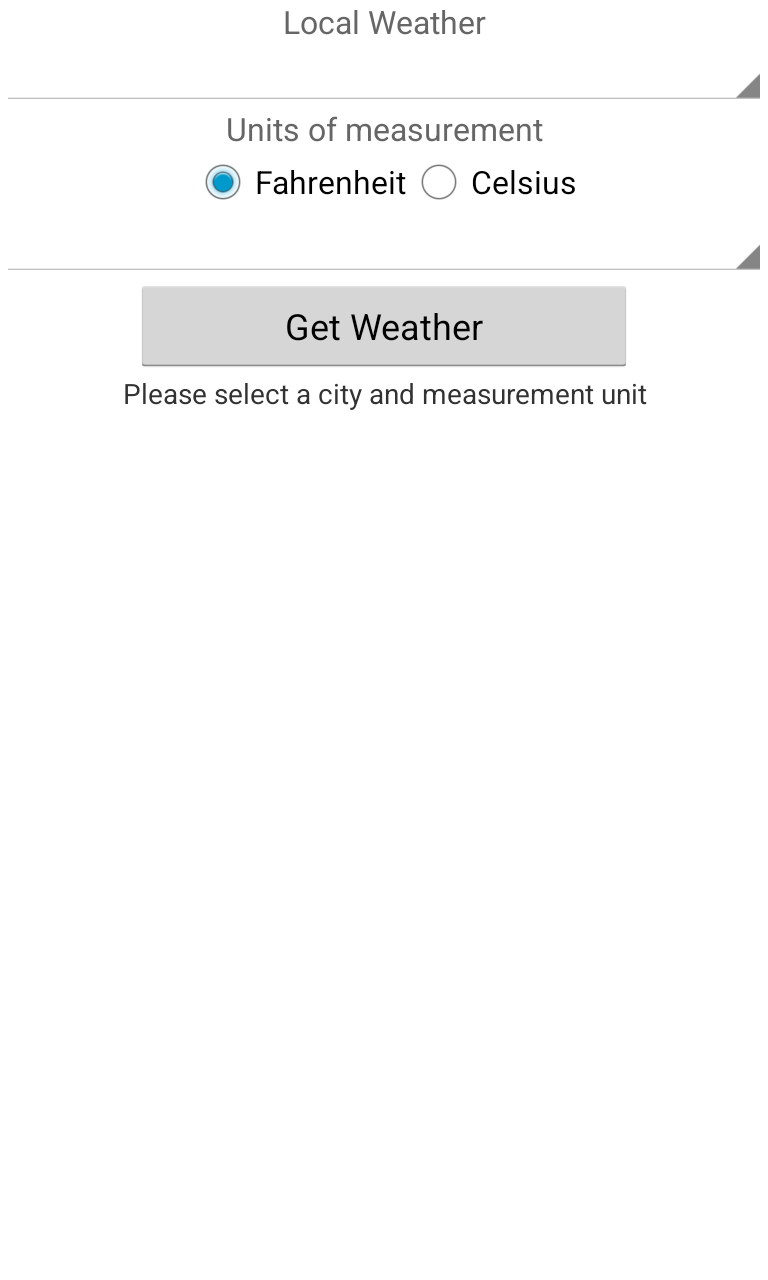
Repository: efreestone/Java1
Layout: Java1Project4/res/layout/activity_main.xml
The author's editor kept a copy of each file at every save. The layout is drawn from the files as they stood at one save, then again after the next save.
It is drawn on a 768 x 1280 px phone screen (xhdpi) without system bars, with theme AppTheme; the app's code is not run.

Above is the layout before, as saved 2014-03-26 00:51:51.

### Java1Project4/res/layout/activity_main.xml
<?xml version="1.0" encoding="utf-8"?>
<LinearLayout xmlns:android="http://schemas.android.com/apk/res/android"
    android:layout_width="match_parent"
    android:layout_height="match_parent"
    android:orientation="vertical" >

    <!-- Top Linear Layout with controls -->
    <!-- <LinearLayout
        android:layout_width="match_parent"
        android:layout_height="wrap_content"
        android:orientation="horizontal"> -->

        <!-- Title -->
        <TextView
            android:layout_width="match_parent"
            android:layout_height="wrap_content"
            android:gravity="center"
            android:text="@string/titleString"
            style="@style/labelStyle"/>

        <!-- City Spinner -->
        <Spinner
            android:id="@+id/citySpinner"
            android:layout_width="match_parent"
            android:layout_height="wrap_content"/>

        <!-- Measurement Title -->
        <TextView
            android:layout_width="match_parent"
            android:layout_height="wrap_content"
            android:gravity="center"
            android:text="@string/measureTitleString"
            style="@style/labelStyle"/>

        <!-- Measurement Radio Buttons -->
        <RadioGroup
            android:id="@+id/tempUnitRadioGroup"
            android:layout_width="wrap_content"
            android:layout_height="wrap_content"
            android:layout_gravity="center"
            android:orientation="horizontal" >

            <RadioButton
                android:id="@+id/fahrenheitRadio"
                android:layout_width="match_parent"
                android:layout_height="wrap_content"
                android:text="@string/fahrenheitString"
                android:checked="true"/>

            <RadioButton
                android:id="@+id/celsiusRadio"
                android:layout_width="match_parent"
                android:layout_height="wrap_content"
                android:text="@string/celsiusString"/>
        </RadioGroup>

        <!-- Current Spinner -->
        <Spinner
            android:id="@+id/currentSpinner"
            android:layout_width="match_parent"
            android:layout_height="wrap_content"
            android:dropDownVerticalOffset="-45dp"
            android:popupBackground="@android:color/darker_gray"/>

        <!-- Get Weather Button -->
        <Button
            android:id="@+id/weatherButton"
            android:layout_width="wrap_content"
            android:layout_height="wrap_content"
            android:layout_gravity="center"
            android:width="250dp"
            android:text="@string/weatherButtonString"/>

	<!-- </LinearLayout> -->

	<!-- Bottom Gridlayout for temp display -->
	<GridLayout
	    android:id="@+id/tempGrid"
	    android:layout_width="match_parent"
	    android:layout_height="wrap_content"
	    android:columnCount="2">

        <!-- Display Temp -->
        <TextView
            android:id="@+id/displayTempView"
            android:layout_width="match_parent"
            android:layout_height="wrap_content"
            android:gravity="center"
            android:text="@string/displayTempString"/>

	</GridLayout>


</LinearLayout>

### Java1Project4/res/values-v14/styles.xml
<resources xmlns:android="http://schemas.android.com/apk/res/android">

    <!--
        Base application theme for API 14+. This theme completely replaces
        AppBaseTheme from BOTH res/values/styles.xml and
        res/values-v11/styles.xml on API 14+ devices.
    -->
    <style name="AppBaseTheme" parent="android:Theme.Holo.Light.DarkActionBar"/>

        <!-- Labels -->
        <style name="labelStyle">
            <item name="android:textStyle">normal</item>
            <item name="android:textColor">#666666</item>
            <item name="android:textSize">16sp</item>
        </style>


</resources>

### Java1Project4/res/values/strings.xml
<?xml version="1.0" encoding="utf-8"?>
<resources>

    <string name="app_name">Java1Project4</string>
    <string name="action_settings">Settings</string>
    <string name="hello_world">Hello world!</string>

    <!-- Title and button strings -->
    <string name="titleString">Local Weather</string>
    <string name="measureTitleString">Units of measurement</string>
    <string name="weatherButtonString">Get Weather</string>
    <string name="displayTempString">Please select a city and measurement unit</string>

    <!-- Connection Alert strings -->
    <string name="noConnectionTitle">Connection Error</string>
    <string name="noConnectionAlert">This application requires internet access. Please check your network connection and try again.</string>

    <!-- Main URL strings -->
    <string name="mainURLString">http://api.wunderground.com/api/8204b5c9bf753afb/</string>
    <string name="conditionsURLString">conditions/q/</string>
    <string name="forecastURLString">forecast/q/</string>
    <!-- City URL strings -->
    <string name="lovelandString">CO/Loveland.json</string>
    <string name="losAngelesString">CA/Los_Angeles.json</string>
    <string name="newYorkString">NY/New_York.json</string>
    <string name="chicagoString">IL/Chicago.json</string>
    <string name="orlandoString">FL/Orlando.json</string>

    <!-- Radio Button Text -->
    <string name="fahrenheitString">Fahrenheit</string>
    <string name="celsiusString">Celsius</string>

    <!-- Cities array for first spinner -->
    <string-array name="cities_array">
        <item >Loveland</item>
        <item >Los Angeles</item>
        <item >New York</item>
        <item >Chicago</item>
        <item >Orlando</item>
    </string-array>

    <!-- Array for second spinner -->
    <string-array name="current_forecast">
        <item >Current Weather</item>
        <item >3-day Forecast</item>
    </string-array>

</resources>

Loaded but not shown: Java1Project4/res/values/styles.xml (common file); Java1Project4/res/values-v11/styles.xml (common file)

After the next save:
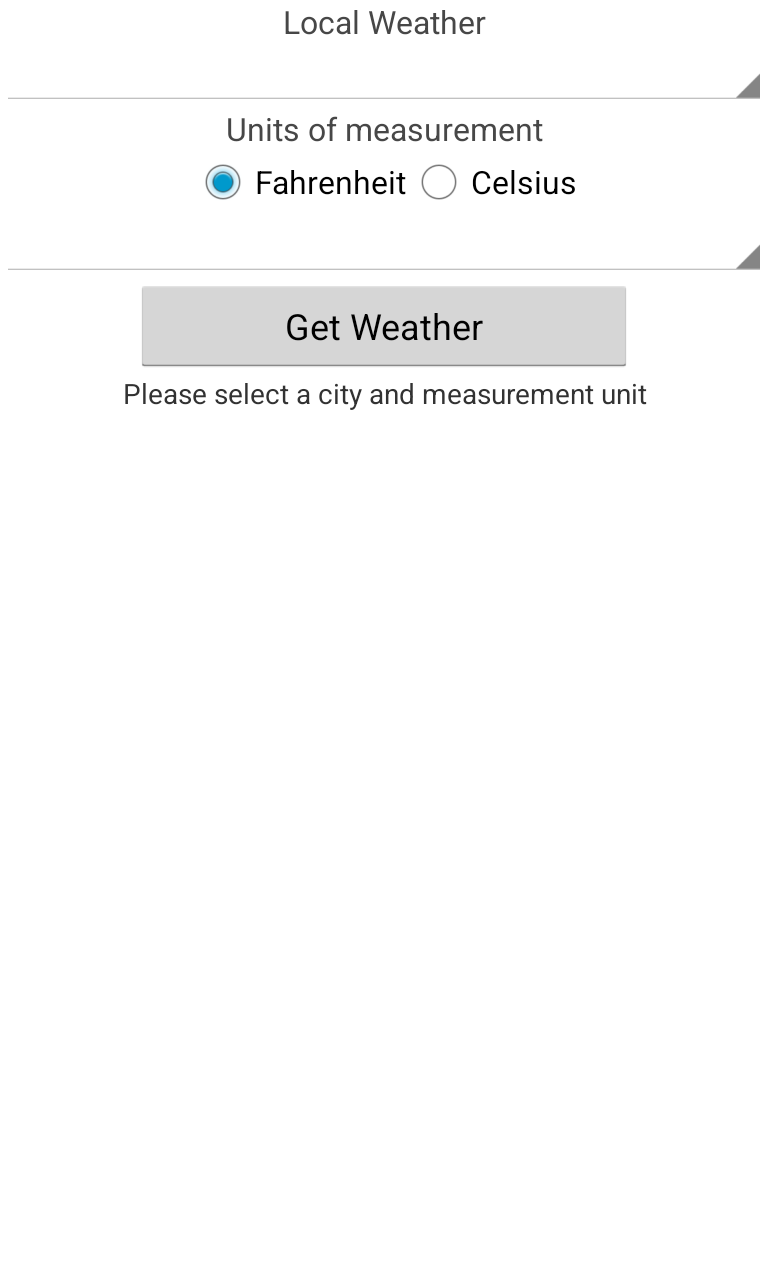
Saved 70 s later.
--- a/Java1Project4/res/values-v14/styles.xml
+++ b/Java1Project4/res/values-v14/styles.xml
@@ -10,7 +10,7 @@
         <!-- Labels -->
         <style name="labelStyle">
             <item name="android:textStyle">normal</item>
-            <item name="android:textColor">#666666</item>
+            <item name="android:textColor">#474747</item>
             <item name="android:textSize">16sp</item>
         </style>
 
